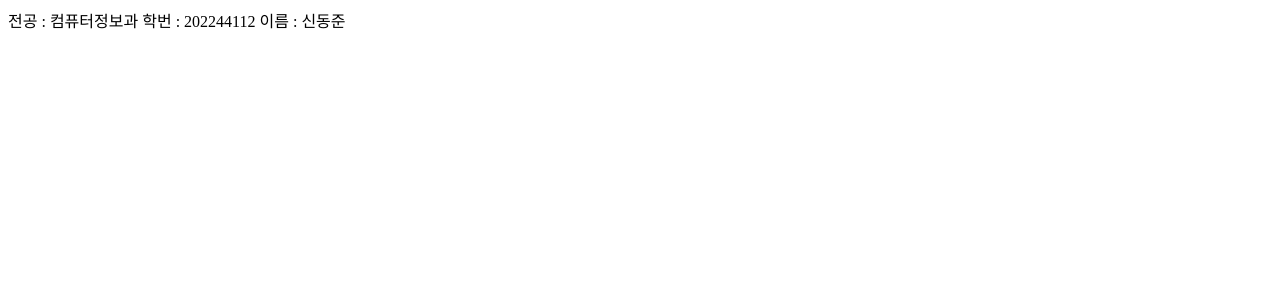
Repository: Ddongdun/Inhatc
Page: week1/src/main/webapp/202244112.html
The author's editor kept a copy of each file at every save. The page is drawn from the files as they stood at one save, then again after the next save.
The browser window is 1280 px wide. The pictures show the whole page.

Above is the page before, as saved 2023-08-31 03:08:27.

### week1/src/main/webapp/202244112.html
<!DOCTYPE html>
<html>
<head>
<meta charset="UTF-8">
<title>Insert title here</title>
</head>
<body>
	<a>전공 : 컴퓨터정보과</a>
	<a>학번 : 202244112</a>
	<a>이름 : 신동준</a>
</body>
</html>

After the next save:
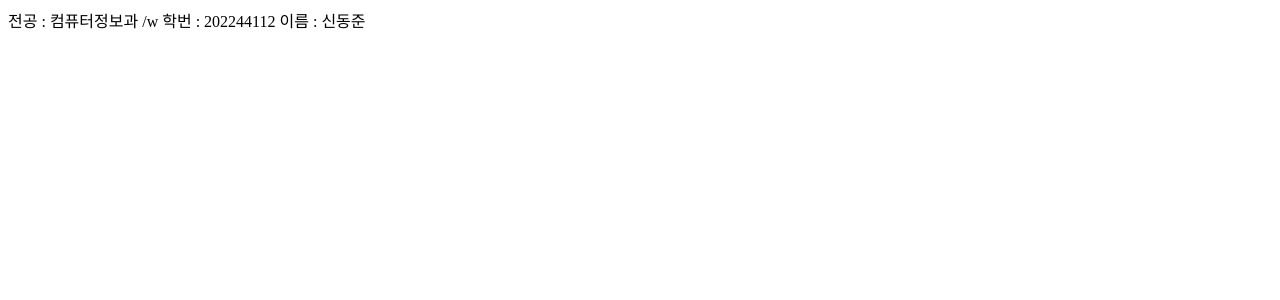
Saved 7 s later.
--- a/week1/src/main/webapp/202244112.html
+++ b/week1/src/main/webapp/202244112.html
@@ -5,7 +5,7 @@
 <title>Insert title here</title>
 </head>
 <body>
-	<a>전공 : 컴퓨터정보과</a>
+	<a>전공 : 컴퓨터정보과</a> /w
 	<a>학번 : 202244112</a>
 	<a>이름 : 신동준</a>
 </body>
